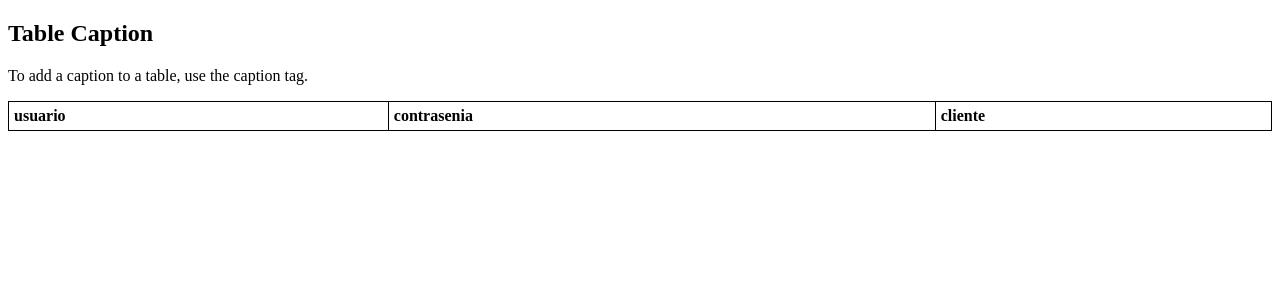
Repository: marianatudo/trabajo-final-progra-2
Page: templates/myReservations.html
The author's editor kept a copy of each file at every save. The page is drawn from the files as they stood at one save, then again after the next save.
The browser window is 1280 px wide. The pictures show the whole page.

Above is the page before, as saved 2021-03-23 16:21:03.

After the next save:
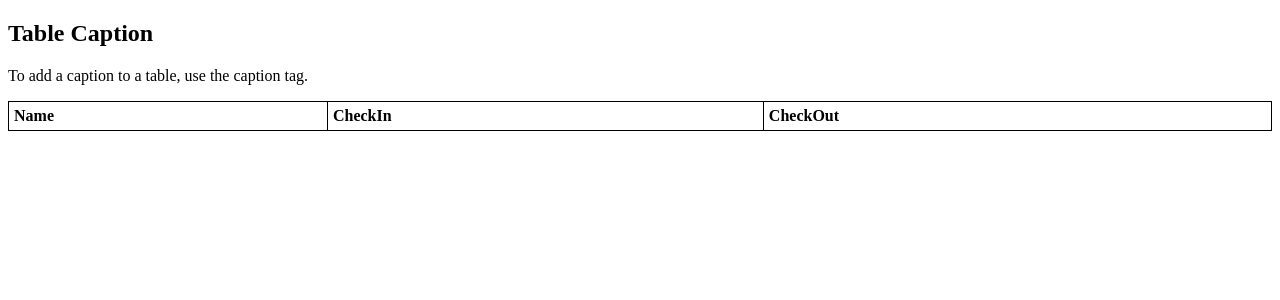
Saved 21 min 1 s later.
--- a/templates/myReservations.html
+++ b/templates/myReservations.html
@@ -25,9 +25,9 @@
 
     <table style="width:100%">
         <tr>
-            <th>usuario</th>
-            <th>contrasenia</th>
-            <th>cliente</th>
+            <th>Name</th>
+            <th>CheckIn</th>
+            <th>CheckOut</th>
         </tr>
     </table>
 
